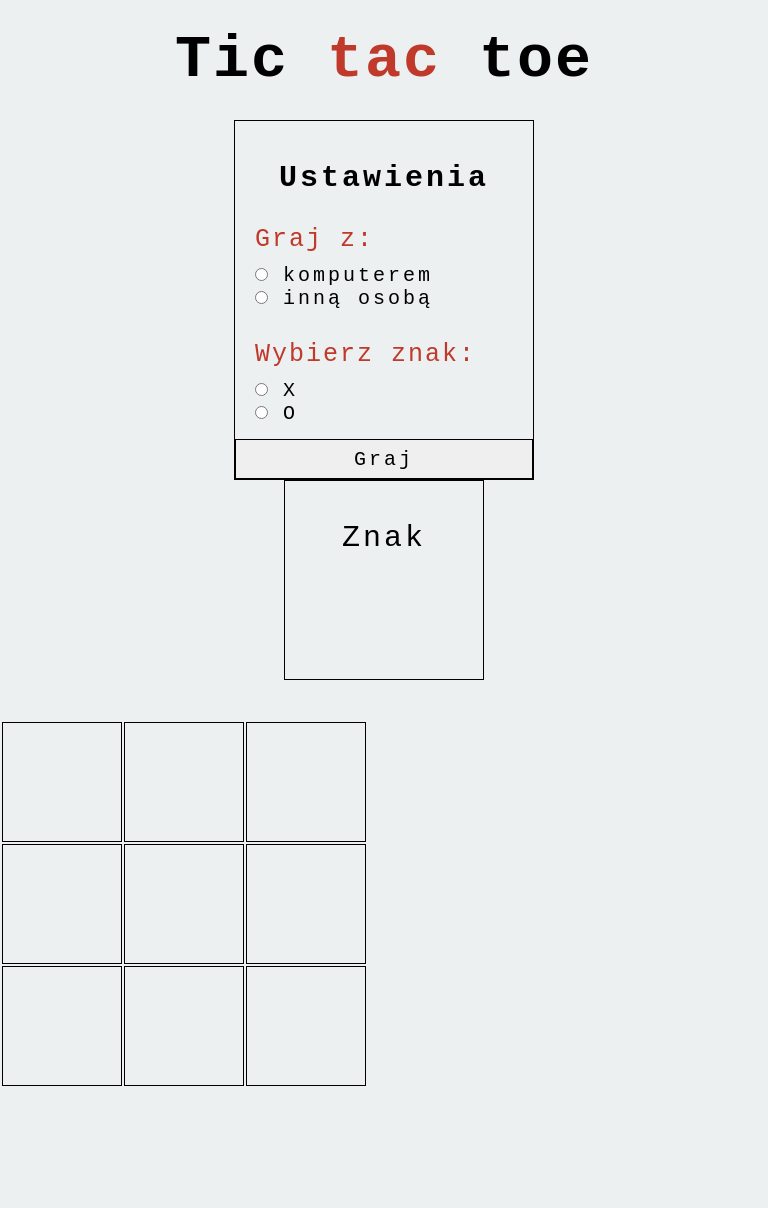
Repository: SebastianArmata22/Tic-Tac-Toe
Page: index.html
The author's editor kept a copy of each file at every save. The page is drawn from the files as they stood at one save, then again after the next save.
The browser window is 768 px wide. The pictures show the whole page.
Some web fonts or font styles are not loaded; a fallback is used.

Above is the page before, as saved 2020-11-12 19:14:37.

After the next save:
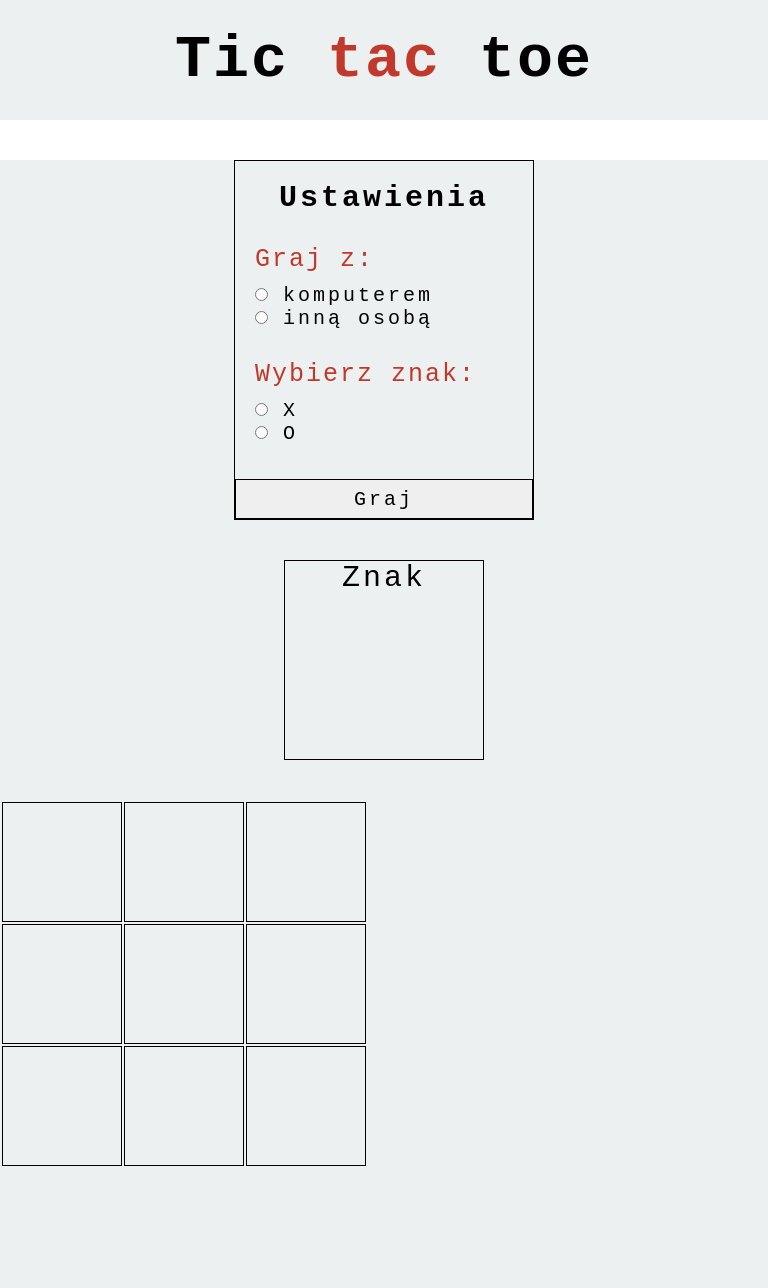
Saved 55 s later.
--- a/style.css
+++ b/style.css
@@ -111,6 +111,6 @@ transition: all 0.5s ease-out;
 }
 .settings-div, .help-div, .tic-tac-toe-div{
     margin: auto;
-    padding-top: 40px;
+    margin-top: 40px;
 }
 }
